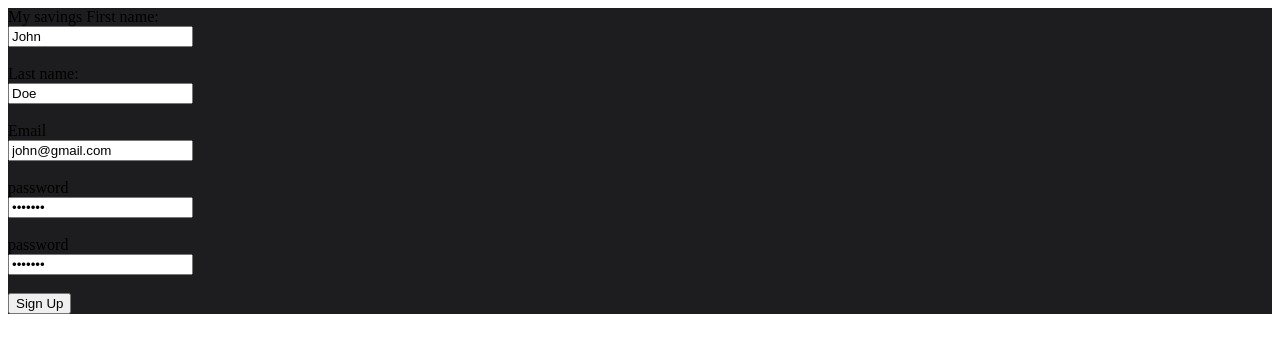
Repository: reemoon-ctrl/hotel-website
Page: mine-form_styling_start.html
The author's editor kept a copy of each file at every save. The page is drawn from the files as they stood at one save, then again after the next save.
The browser window is 1280 px wide. The pictures show the whole page.

Above is the page before, as saved 2024-07-20 13:39:12.

After the next save:
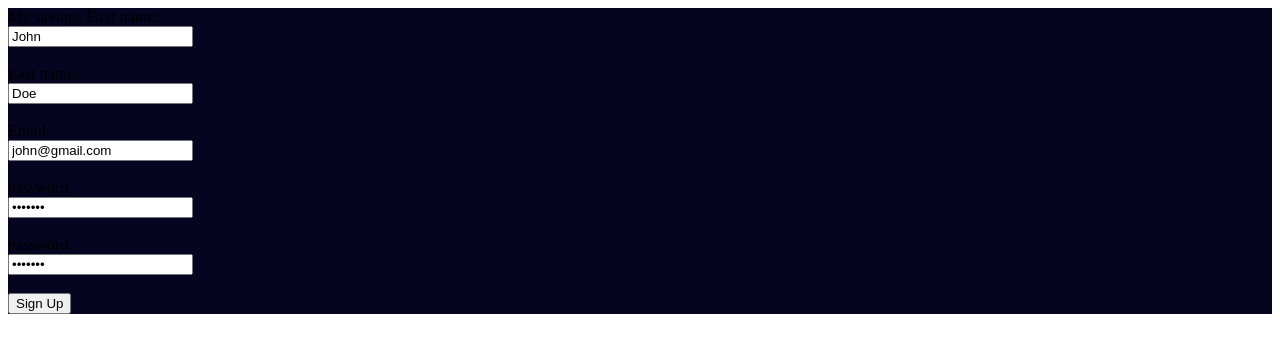
Saved 10 s later.
--- a/mine-form_styling_start.html
+++ b/mine-form_styling_start.html
@@ -6,7 +6,7 @@
     <title>Document</title>
 <style>
     .form{
-        background: rgb(29, 29, 31);
+        background: rgb(5, 5, 33);
     }
     .container{
         margin: auto;
